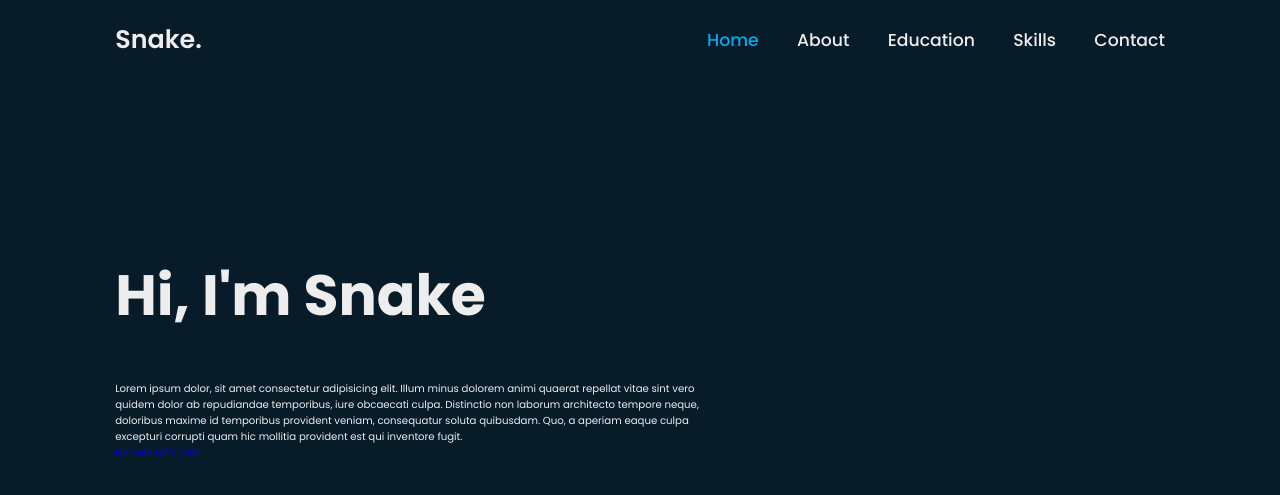
Repository: Tanty102/About_Me
Page: index.html
These files come from the project's save history. The page is drawn as it stood at one moment and after the next save; the edit follows.
The browser window is 1280 px wide. The pictures show the whole page.

Above is the page before, as saved 2023-09-12 16:40:03.

### index.html
<!DOCTYPE html>
<html lang="en">
  <head>
    <meta charset="UTF-8" />
    <meta name="viewport" content="width=device-width, initial-scale=1.0" />
    <link rel="stylesheet" href="style.css" />
    <title>CV Snake</title>
  </head>

  <!-- box icons -->
  <link href='https://unpkg.com/boxicons@2.1.4/css/boxicons.min.css' rel='stylesheet'>
  <body>
    <!-- Header design -->
    <header class="header">
      <a href="#" class="logo">Snake.</a>

      <div class="bx bx-menu" id="menu-icon"></div>

      <nav class="navbar">
        <a href="#home" class="active">Home</a>
        <a href="#about">About</a>
        <a href="#education">Education</a>
        <a href="#skills">Skills</a>
        <a href="#contact">Contact</a>
      </nav>
    </header>

    <!-- home section design -->
    <section class="home" id="home">
      <div class="home-content">
        <h1>Hi, I'm <span>Snake</span></h1>
        <div class="text-animate">
          <h3>Frontend developer</h3>
        </div>
        <p>Lorem ipsum dolor, sit amet consectetur adipisicing elit. Illum minus dolorem animi quaerat repellat vitae sint vero quidem dolor ab repudiandae temporibus, iure obcaecati culpa. Distinctio non laborum architecto tempore neque, doloribus maxime id temporibus provident veniam, consequatur soluta quibusdam. Quo, a aperiam eaque culpa excepturi corrupti quam hic mollitia provident est qui inventore fugit.</p>

        <div class="btn-box">
          <a href="#" class="btn">Hire Me</a>
          <a href="#" class="btn">Let's Talk</a>
        </div>
      </div>
    </section>

    <script src="main.js"></script>
  </body>
</html>

### style.css
@import url("https://fonts.googleapis.com/css2?family=Poppins:wght@300;400;500;600;700;800;900&display=swap");

* {
  margin: 0;
  padding: 0;
  box-sizing: border-box;
  text-decoration: none;
  border: none;
  outline: none;
  scroll-behavior: smooth;
  font-family: "Poppins", sans-serif;
}

:root {
  --bg-color: #081b29;
  --second-bg-color: #112e42;
  --text-color: #ededed;
  --main-color: #00abf0;
}

html {
  font-size: 63.5%;
  overflow-x: hidden;
}

body {
  background: var(--bg-color);
  color: var(--text-color);
}

.header {
  position: fixed;
  top: 0;
  left: 0;
  width: 100%;
  padding: 2rem 9%;
  background: transparent;
  display: flex;
  justify-content: space-between;
  align-items: center;
  z-index: 100;
}

.logo {
  font-size: 2.5rem;
  color: var(--text-color);
  font-weight: 600;
}

.navbar a {
  font-size: 1.7rem;
  color: var(--text-color);
  font-weight: 500;
  margin-left: 3.5rem;
  transition: 0.3s;
}

.navbar a:hover,
.navbar a.active{
  color: var(--main-color);
}

#menu-icon {
  font-size: 3.6rem;
  color: var(--text-color);
  cursor: pointer;
  display: none;
}

section {
  min-height: 100vh;
  padding: 10rem 9% 2rem;
}

.home {
  display: flex;
  align-items: center;
  padding: 0 9%;
}

.home-content {
  max-width: 60rem;
}

.home-content h1 {
  font-size: 5.6rem;
  font-weight: 700;
  line-height: 1.3;
}

.home-content .text-animate {
  position: relative;
  width: 32.8rem;
}

.home-content .text-animate h3 {
  font-size: 3.2rem;
  font-weight: 700;
  color: transparent;
  -wwbkit-text-stroke: 0.7px var(--main-color);
}

Loaded but not shown: main.js (no copy from this time; the picture is the same without it)

After the next save:
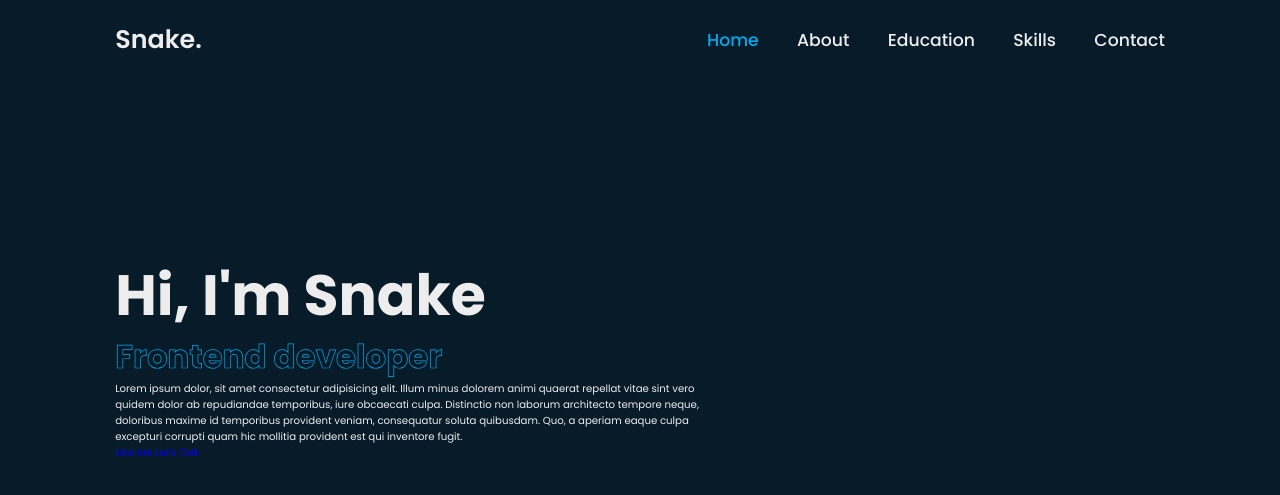
Saved 8 s later.
--- a/style.css
+++ b/style.css
@@ -97,5 +97,5 @@ section {
   font-size: 3.2rem;
   font-weight: 700;
   color: transparent;
-  -wwbkit-text-stroke: 0.7px var(--main-color);
+  -webkit-text-stroke: 0.7px var(--main-color);
 }
